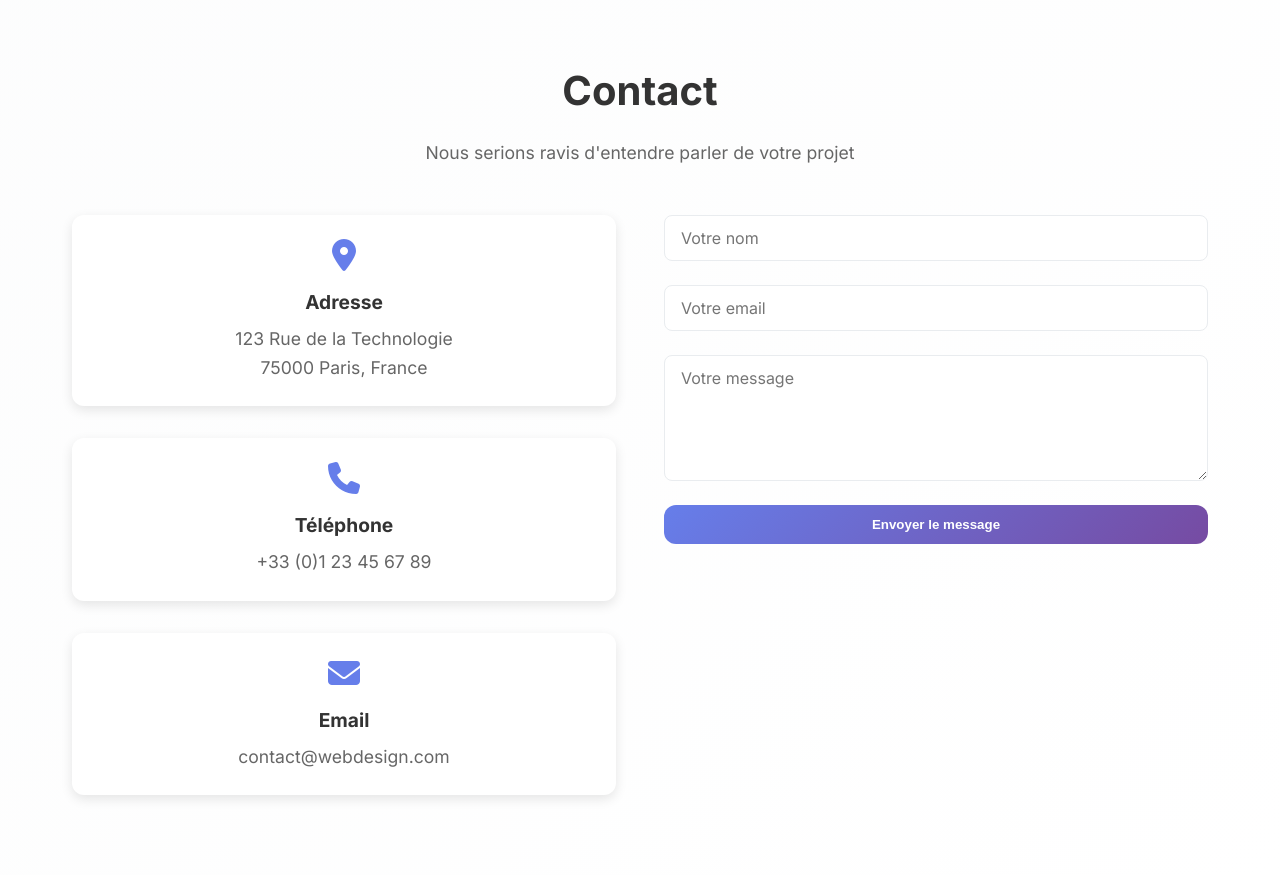
Repository: Mattieuuu/Templates_try_webdesign
Page: index.html
These files come from the project's save history. The page is drawn as it stood at one moment and after the next save; the edit follows.
The browser window is 1280 px wide. The pictures show the part of the page from y = 3459 to 4411 px (the page is 4334 px tall before and 4411 px after).

Above is the page before, as saved 2025-12-08 00:38:14.

### index.html
<!DOCTYPE html>
<html lang="fr">
<head>
    <meta charset="UTF-8">
    <meta name="viewport" content="width=device-width, initial-scale=1.0">
    <title>Modern Navbar Template</title>
    <link rel="stylesheet" href="src/css/style.css?v=6">
    <link rel="stylesheet" href="https://cdnjs.cloudflare.com/ajax/libs/font-awesome/6.4.0/css/all.min.css">
    <link href="https://fonts.googleapis.com/css2?family=Inter:wght@300;400;500;600;700&display=swap" rel="stylesheet">
</head>
<body>
    <!-- Modern Navbar -->
    <nav class="navbar">
        <div class="nav-container">
            <!-- Logo -->
            <div class="nav-logo">
                <a href="#" class="nav-logo-link">
                    <i class="fas fa-code"></i>
                    <span>WebDesign</span>
                </a>
            </div>

            <!-- Navigation Menu -->
            <ul class="nav-menu">
                <li class="nav-item">
                    <a href="#home" class="nav-link active">
                        <i class="fas fa-home"></i>
                        <span>Accueil</span>
                    </a>
                </li>
                <li class="nav-item">
                    <a href="#about" class="nav-link">
                        <i class="fas fa-user"></i>
                        <span>À propos</span>
                    </a>
                </li>
                <li class="nav-item dropdown">
                    <a href="#services" class="nav-link">
                        <i class="fas fa-cogs"></i>
                        <span>Services</span>
                        <i class="fas fa-chevron-down dropdown-arrow"></i>
                    </a>
                    <ul class="dropdown-menu">
                        <li><a href="#web-design">Web Design</a></li>
                        <li><a href="#development">Développement</a></li>
                        <li><a href="#seo">SEO</a></li>
                        <li><a href="#marketing">Marketing</a></li>
                    </ul>
                </li>
                <li class="nav-item">
                    <a href="#portfolio" class="nav-link">
                        <i class="fas fa-briefcase"></i>
                        <span>Portfolio</span>
                    </a>
                </li>
                <li class="nav-item">
                    <a href="#contact" class="nav-link">
                        <i class="fas fa-envelope"></i>
                        <span>Contact</span>
                    </a>
                </li>
            </ul>

            <!-- CTA Button -->
            <div class="nav-cta">
                <button class="cta-btn primary-btn">
                    <i class="fas fa-rocket"></i>
                    Commencer
                </button>
                <button class="theme-toggle" id="themeToggle">
                    <i class="fas fa-moon"></i>
                </button>
            </div>

            <!-- Mobile Menu Toggle -->
            <div class="nav-toggle" id="mobile-menu">
                <span class="bar"></span>
                <span class="bar"></span>
                <span class="bar"></span>
            </div>
        </div>
    </nav>

    <!-- Demo Content -->
    <main class="main-content">
        <section id="home" class="hero-section">
            <div class="hero-content">
                <h1>Template de Navbar Moderne</h1>
                <p>Un design élégant et responsive avec des animations fluides</p>
                <div class="hero-features">
                    <div class="feature">
                        <i class="fas fa-mobile-alt"></i>
                        <span>Responsive</span>
                    </div>
                    <div class="feature">
                        <i class="fas fa-palette"></i>
                        <span>Mode sombre</span>
                    </div>
                    <div class="feature">
                        <i class="fas fa-magic"></i>
                        <span>Animations CSS</span>
                    </div>
                </div>
            </div>
        </section>

        <section id="about" class="section">
            <h2>À propos</h2>
            <p>Nous sommes une équipe passionnée par le design web moderne et les technologies innovantes.</p>
            <div class="about-content">
                <div class="about-card">
                    <i class="fas fa-code"></i>
                    <h3>Code de Qualité</h3>
                    <p>Du code propre, optimisé et maintenable pour des performances maximales.</p>
                </div>
                <div class="about-card">
                    <i class="fas fa-users"></i>
                    <h3>Équipe Expérimentée</h3>
                    <p>Des experts avec plus de 10 ans d'expérience en développement web.</p>
                </div>
                <div class="about-card">
                    <i class="fas fa-heart"></i>
                    <h3>Passion du Design</h3>
                    <p>Nous créons des expériences visuelles captivantes et engageantes.</p>
                </div>
            </div>
        </section>

        <section id="services" class="section services-section">
            <h2>Services</h2>
            <p>Des solutions web complètes adaptées à vos besoins</p>
            <div class="services-grid">
                <div class="service-card">
                    <i class="fas fa-pencil-ruler"></i>
                    <h3>Web Design</h3>
                    <p>Création de designs modernes et responsifs qui reflètent votre marque.</p>
                </div>
                <div class="service-card">
                    <i class="fas fa-laptop-code"></i>
                    <h3>Développement Frontend</h3>
                    <p>Développement web avec les dernières technologies (React, Vue, Angular).</p>
                </div>
                <div class="service-card">
                    <i class="fas fa-database"></i>
                    <h3>Développement Backend</h3>
                    <p>Solutions backend robustes et scalables avec Node.js, Python, PHP.</p>
                </div>
                <div class="service-card">
                    <i class="fas fa-mobile-alt"></i>
                    <h3>Responsive Design</h3>
                    <p>Sites optimisés pour tous les appareils (desktop, tablet, mobile).</p>
                </div>
                <div class="service-card">
                    <i class="fas fa-search"></i>
                    <h3>SEO Optimization</h3>
                    <p>Optimisation pour les moteurs de recherche et meilleur classement.</p>
                </div>
                <div class="service-card">
                    <i class="fas fa-headset"></i>
                    <h3>Support 24/7</h3>
                    <p>Support technique continu pour assurer le bon fonctionnement de votre site.</p>
                </div>
            </div>
        </section>

        <section id="portfolio" class="section portfolio-section">
            <h2>Portfolio</h2>
            <p>Découvrez nos dernières réalisations et projets</p>

            <!-- Row 1 -->
            <div class="carousel-row">
                <div class="carousel-track">
                    <div class="portfolio-block">
                        <img src="https://images.unsplash.com/photo-1661956600684-40bec9b0ea83?w=400&h=300&fit=crop" alt="E-commerce 1">
                    </div>
                    <div class="portfolio-block">
                        <img src="https://images.unsplash.com/photo-1555621458-ab7b9b0c903d?w=400&h=300&fit=crop" alt="E-commerce 2">
                    </div>
                    <div class="portfolio-block">
                        <img src="https://images.unsplash.com/photo-1563986768609-aa9bd46dc70f?w=400&h=300&fit=crop" alt="E-commerce 3">
                    </div>
                    <div class="portfolio-block">
                        <img src="https://images.unsplash.com/photo-1517694712202-14dd9538aa97?w=400&h=300&fit=crop" alt="E-commerce 4">
                    </div>
                    <div class="portfolio-block">
                        <img src="https://images.unsplash.com/photo-1551288049-bebda4e38f71?w=400&h=300&fit=crop" alt="E-commerce 5">
                    </div>
                    <div class="portfolio-block">
                        <img src="https://images.unsplash.com/photo-1561070791-2526d30994b5?w=400&h=300&fit=crop" alt="E-commerce 6">
                    </div>
                </div>
            </div>

            <!-- Row 2 -->
            <div class="carousel-row row-2">
                <div class="carousel-track">
                    <div class="portfolio-block">
                        <img src="https://images.unsplash.com/photo-1551288049-bebda4e38f71?w=400&h=300&fit=crop" alt="Analytics 1">
                    </div>
                    <div class="portfolio-block">
                        <img src="https://images.unsplash.com/photo-1519389950473-47ba0277781c?w=400&h=300&fit=crop" alt="Analytics 2">
                    </div>
                    <div class="portfolio-block">
                        <img src="https://images.unsplash.com/photo-1460925895917-adf4ee868e4d?w=400&h=300&fit=crop" alt="Analytics 3">
                    </div>
                    <div class="portfolio-block">
                        <img src="https://images.unsplash.com/photo-1552664730-d307ca884978?w=400&h=300&fit=crop" alt="Analytics 4">
                    </div>
                    <div class="portfolio-block">
                        <img src="https://images.unsplash.com/photo-1517694712202-14dd9538aa97?w=400&h=300&fit=crop" alt="Analytics 5">
                    </div>
                    <div class="portfolio-block">
                        <img src="https://images.unsplash.com/photo-1499750310107-5fef28a66643?w=400&h=300&fit=crop" alt="Analytics 6">
                    </div>
                </div>
            </div>

            <!-- Row 3 -->
            <div class="carousel-row">
                <div class="carousel-track">
                    <div class="portfolio-block">
                        <img src="https://images.unsplash.com/photo-1552664730-d307ca884978?w=400&h=300&fit=crop" alt="Blog 1">
                    </div>
                    <div class="portfolio-block">
                        <img src="https://images.unsplash.com/photo-1499750310107-5fef28a66643?w=400&h=300&fit=crop" alt="Blog 2">
                    </div>
                    <div class="portfolio-block">
                        <img src="https://images.unsplash.com/photo-1517694712202-14dd9538aa97?w=400&h=300&fit=crop" alt="Blog 3">
                    </div>
                    <div class="portfolio-block">
                        <img src="https://images.unsplash.com/photo-1553531088-c917dc0c0eaf?w=400&h=300&fit=crop" alt="Blog 4">
                    </div>
                    <div class="portfolio-block">
                        <img src="https://images.unsplash.com/photo-1559056199-641a0ac8b3f7?w=400&h=300&fit=crop" alt="Blog 5">
                    </div>
                    <div class="portfolio-block">
                        <img src="https://images.unsplash.com/photo-1661956600684-40bec9b0ea83?w=400&h=300&fit=crop" alt="Blog 6">
                    </div>
                </div>
            </div>
        </section>

        <section id="contact" class="section contact-section">
            <h2>Contact</h2>
            <p>Nous serions ravis d'entendre parler de votre projet</p>
            <div class="contact-container">
                <div class="contact-info">
                    <div class="info-card">
                        <i class="fas fa-map-marker-alt"></i>
                        <h3>Adresse</h3>
                        <p>123 Rue de la Technologie<br>75000 Paris, France</p>
                    </div>
                    <div class="info-card">
                        <i class="fas fa-phone"></i>
                        <h3>Téléphone</h3>
                        <p>+33 (0)1 23 45 67 89</p>
                    </div>
                    <div class="info-card">
                        <i class="fas fa-envelope"></i>
                        <h3>Email</h3>
                        <p>contact@webdesign.com</p>
                    </div>
                </div>
                <form class="contact-form">
                    <div class="form-group">
                        <input type="text" placeholder="Votre nom" required>
                    </div>
                    <div class="form-group">
                        <input type="email" placeholder="Votre email" required>
                    </div>
                    <div class="form-group">
                        <textarea placeholder="Votre message" rows="5" required></textarea>
                    </div>
                    <button type="submit" class="submit-btn">Envoyer le message</button>
                </form>
            </div>
        </section>
    </main>

    <script src="src/js/script.js"></script>
</body>
</html>

Loaded but not shown: src/js/script.js (356 lines, source omitted); src/css/style.css (835 lines, source omitted)

After the next save:
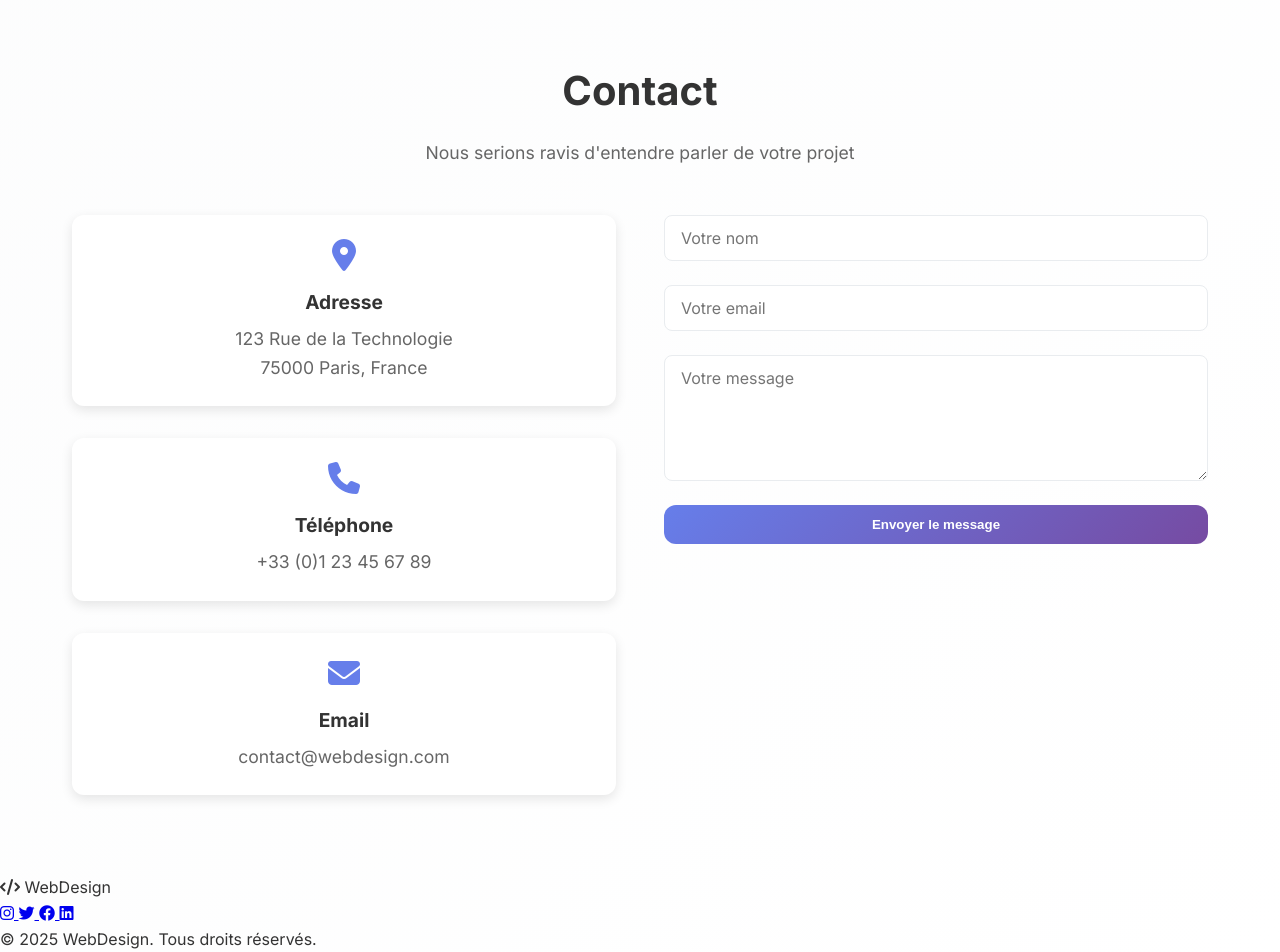
Saved 2 min 57 s later.
--- a/index.html
+++ b/index.html
@@ -277,6 +277,36 @@
         </section>
     </main>
 
+    <!-- Footer -->
+    <footer class="footer">
+        <div class="footer-container">
+            <!-- Logo -->
+            <div class="footer-logo">
+                <i class="fas fa-code"></i>
+                <span>WebDesign</span>
+            </div>
+
+            <!-- Social Links -->
+            <div class="social-links">
+                <a href="https://instagram.com" target="_blank" rel="noopener noreferrer" class="social-btn">
+                    <i class="fab fa-instagram"></i>
+                </a>
+                <a href="https://twitter.com" target="_blank" rel="noopener noreferrer" class="social-btn">
+                    <i class="fab fa-twitter"></i>
+                </a>
+                <a href="https://facebook.com" target="_blank" rel="noopener noreferrer" class="social-btn">
+                    <i class="fab fa-facebook"></i>
+                </a>
+                <a href="https://linkedin.com" target="_blank" rel="noopener noreferrer" class="social-btn">
+                    <i class="fab fa-linkedin"></i>
+                </a>
+            </div>
+        </div>
+        <div class="footer-bottom">
+            <p>&copy; 2025 WebDesign. Tous droits réservés.</p>
+        </div>
+    </footer>
+
     <script src="src/js/script.js"></script>
 </body>
 </html>
